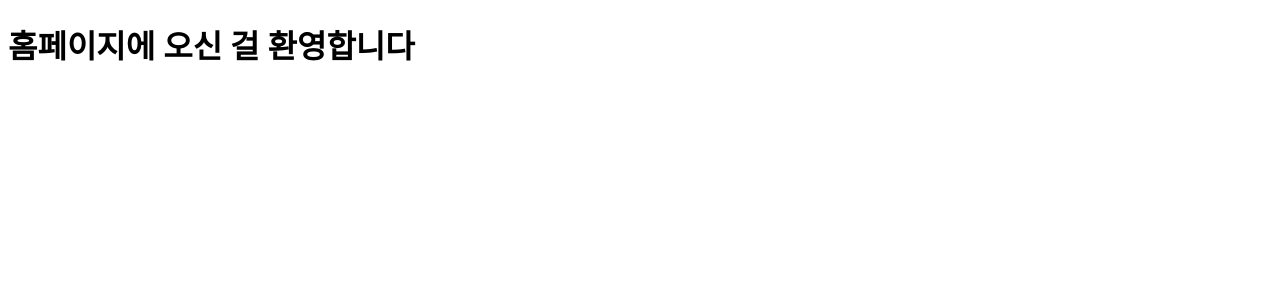
Repository: Dalso13/workspace
Page: workspace_web/chapter03_javascript/WebContent/08_DOM/Ex01_DOM개요.html
The author's editor kept a copy of each file at every save. The page is drawn from the files as they stood at one save, then again after the next save.
The browser window is 1280 px wide. The pictures show the whole page.

Above is the page before, as saved 2023-05-11 09:17:11.

### workspace_web/chapter03_javascript/WebContent/08_DOM/Ex01_DOM개요.html
<!DOCTYPE html>
<html>
<head>
<meta charset="UTF-8">
<title>Insert title here</title>
<script type="text/javascript">

</script>
</head>
<body>
	<h1 id="title">홈페이지에 오신 걸 환영합니다</h1>
</body>
</html>

After the next save:
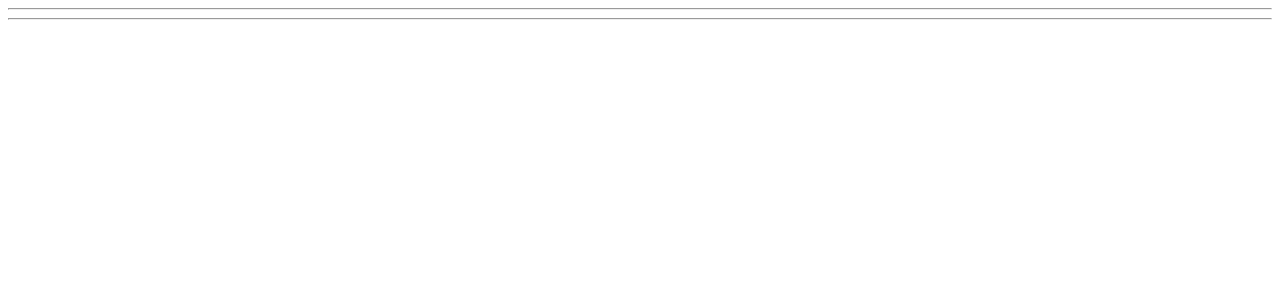
Saved 15 h 39 min later.
--- a/workspace_web/chapter03_javascript/WebContent/08_DOM/Ex01_DOM개요.html
+++ b/workspace_web/chapter03_javascript/WebContent/08_DOM/Ex01_DOM개요.html
@@ -4,6 +4,38 @@
 <meta charset="UTF-8">
 <title>Insert title here</title>
 <script type="text/javascript">
+	/*
+		DOM : Document Object Model (문서 객체 모델)
+
+		1. 웹 문서를 로드할 때 브라우저는 구성 요소들을 트리 구조의 DOM으로 생성한다.
+		2. DOM을 통해서 HTML 구성요소들을 획득, 추가, 변경, 삭제 등이 가능 하다.
+		3. 주요 선택 메소드
+			1) document.getElementById("아이디")
+			2) document.getElementsByTagName("태그") 	--> getElements : 리턴이 여러개 이다.
+			3) document.getElementsByClassName("클래스")
+			4) document.querySelector("선택자")			--> 아이디 등 하나만 사용할때!
+			5) document.querySelectorAll("선택자")		-->	클래스나 태그명 등 여러개를 사용할때!
+		4. 주요 속성
+			1) innerHTML : 내부 글자 변경
+			2) style.css속성	: 스타일 변경
+			   style[css속성]
+			3) attribute : 속성 변경 (attribute가 속성명이 아니고, id, class 등 속성 그 자체!!)
+				(1) document.getElementById("box").class = "wrap";
+				(2) document.getElementById("a").href = "http://www.naver.com";
+				- attribute 처리 getter/setter
+					가. setAttribute(속성, 값)	: 속성에 값을 준다.
+					나. getAttribute(속성)		: 속성의 값을 읽어온다.
+	*/
+
+	onload = function(){
+		var msg = document.getElementById("title");
+		document.write("<hr>");
+		msg.innerHTML = "안녕하세요";
+		document.write("<hr>");
+	}
+
+
+
 
 </script>
 </head>
